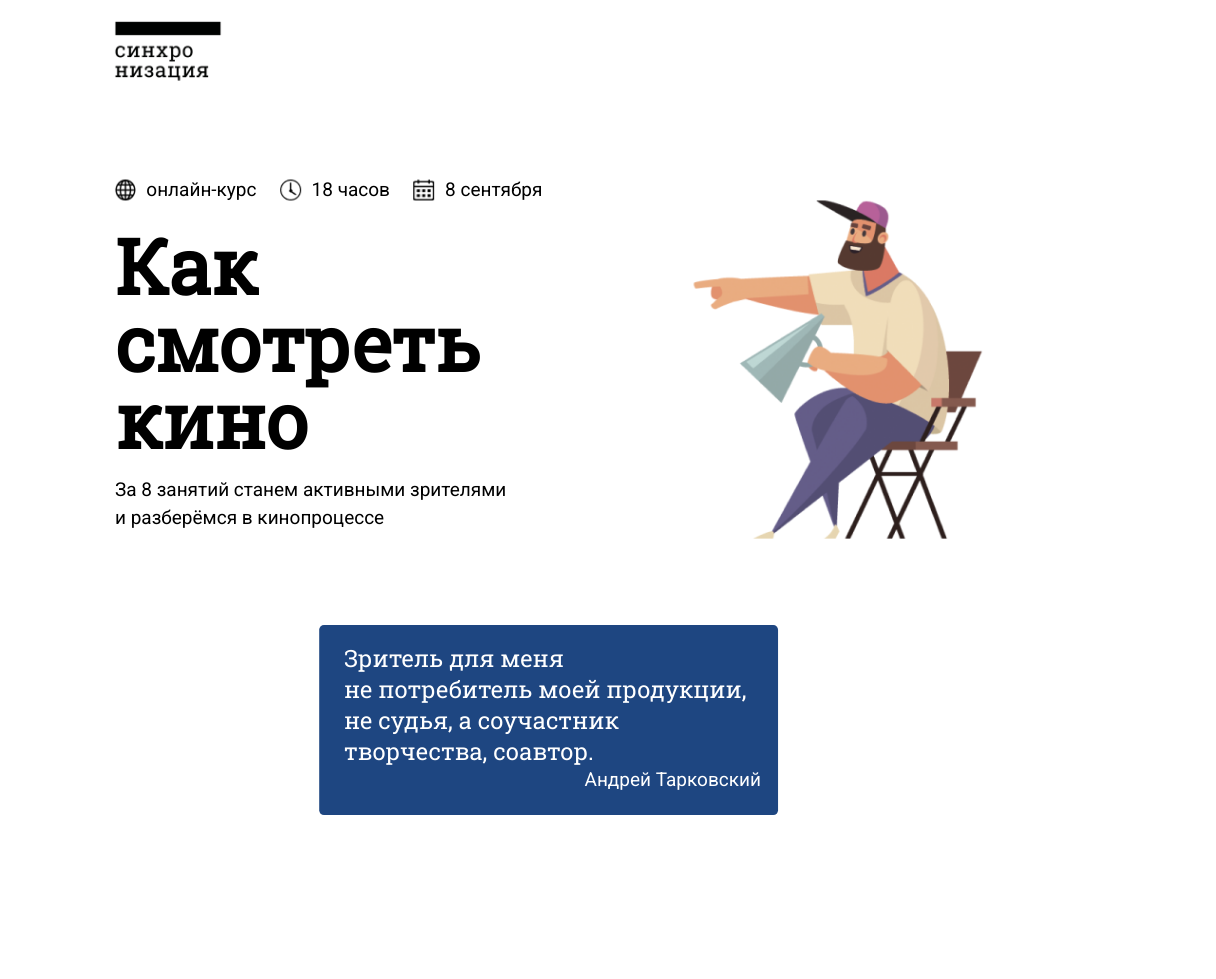
Repository: NatiqSamiyev/fiqma-task-top
Page: index.html
An editor plug-in stored every save of this project. The page is shown before and after a run of saves, followed by the edit.
The browser window is 1280 px wide. The pictures show the whole page, at 95% of full size.

Above is the page before, as saved 2023-08-16 15:36:39.

After the next 4 saves:
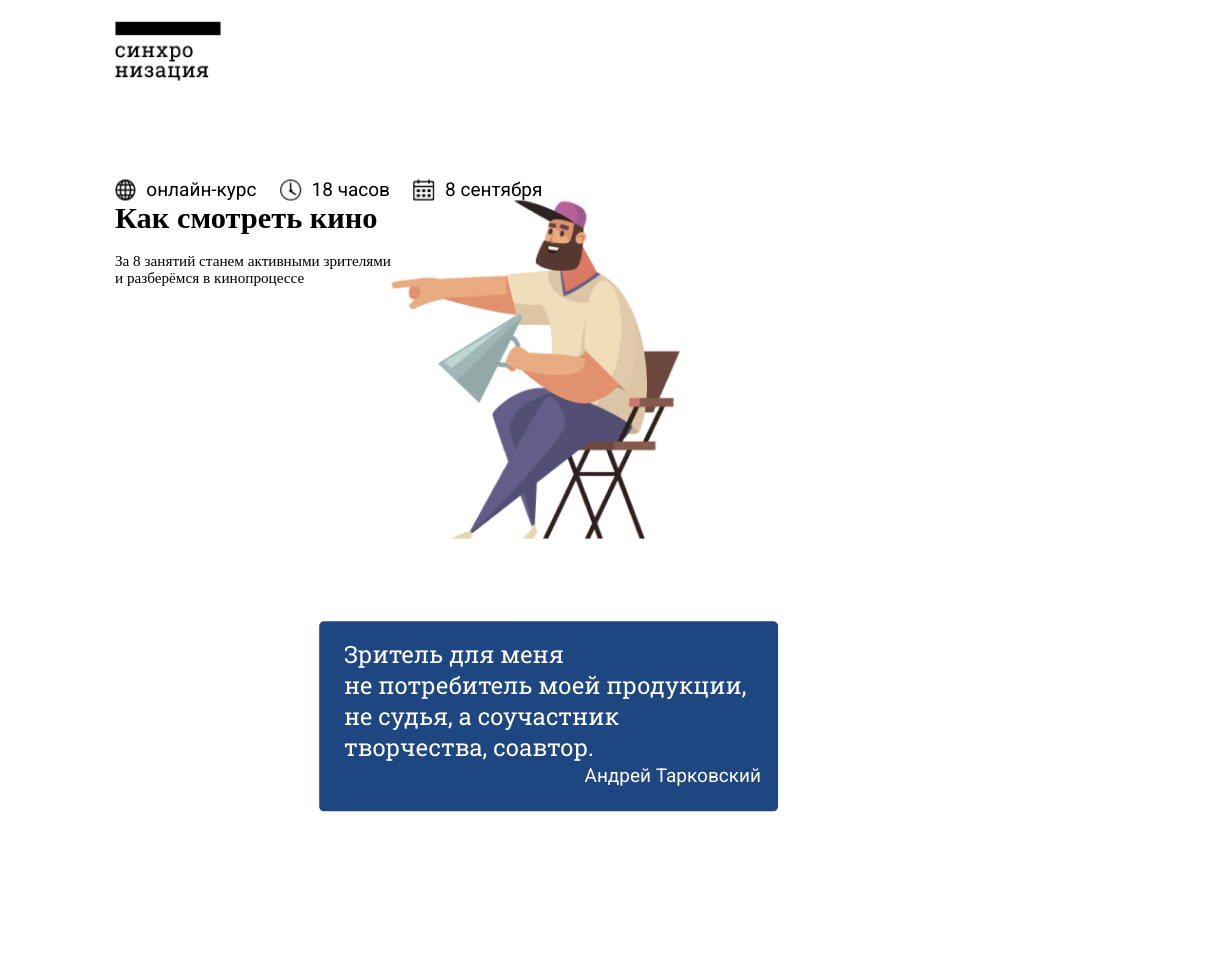
The 4 saves are shown as one change because they came seconds apart.
The last was saved 36 s later.
--- a/index.html
+++ b/index.html
@@ -28,7 +28,7 @@
       </ul>
 
       <div class="top-container">
-        <div class="box-1">
+        <div class="text-container">
           <h1>Как смотреть кино</h1>
           <br />
           <p>
@@ -37,9 +37,9 @@
           </p>
         </div>
 
-        <div class="box-2">
+
           <img src="./images/noroot 1.png" alt="" />
-        </div>
+
       </div>
 
       <div class="bottum-container">
